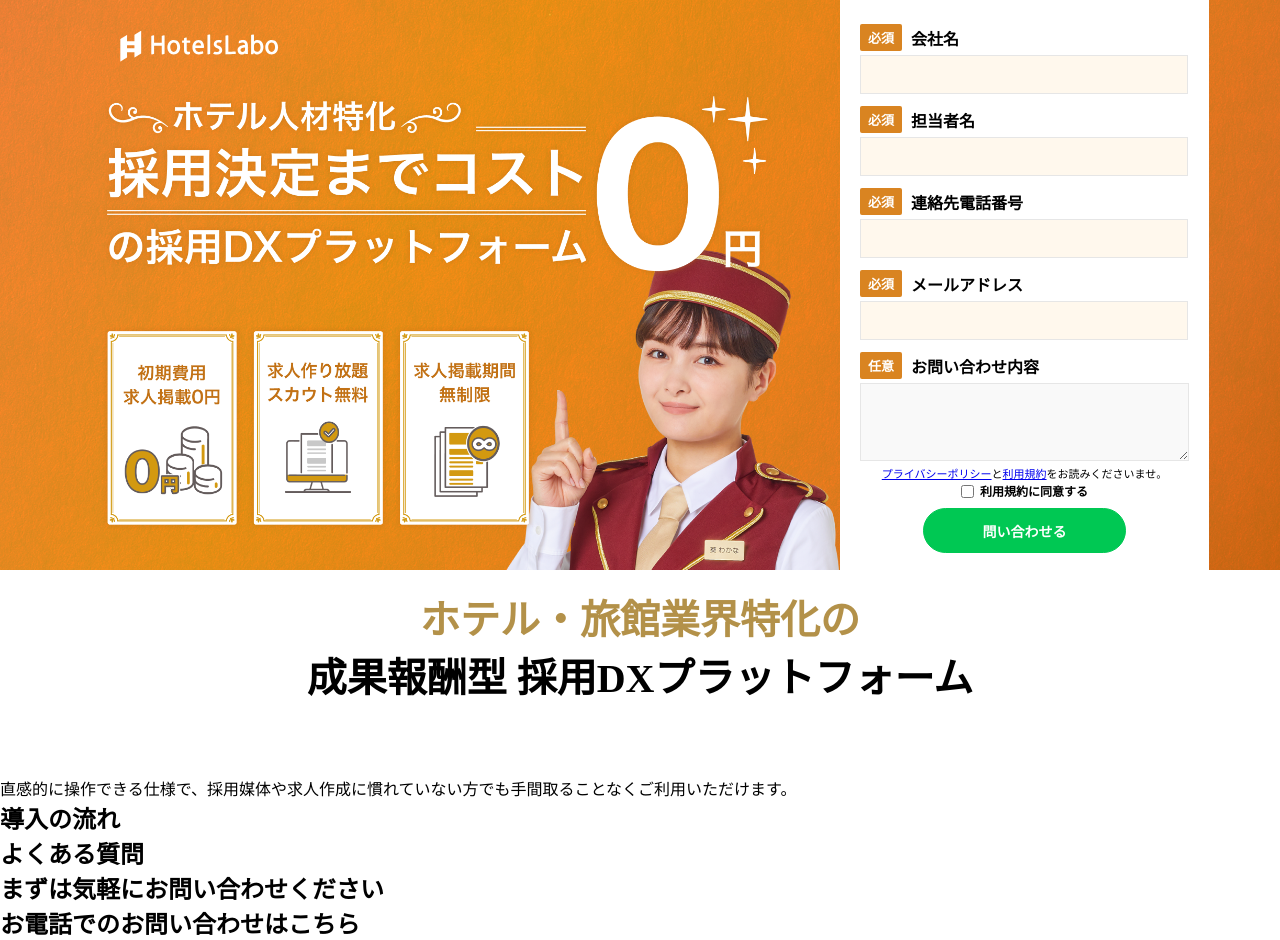
Repository: FujieRyou/to_b_lp
Page: index.html
These files come from the project's save history. The page is drawn as it stood at one moment and after the next save; the edit follows.
The browser window is 1280 px wide. The pictures show the whole page.

Above is the page before, as saved 2024-02-27 03:32:19.
Not found: index.js

### index.html
<!DOCTYPE html>
<html lang="ja">
    <head>
        <meta charset="utf-8">
        <meta http-equiv="X-UA-Compatible" content="ie=edge">
        <meta name="viewport" content="width=device-width,initial-scale=1.0,minimum-scale=1.0">
        <meta name="format-detection" content="telephone=no">
        <meta name="keywords" content="">
        <meta name="description" content="ここに説明文を設定">
        <meta name="twitter:card" content="summary">
        <meta name="twitter:site" content="@twitteraccount">
        <meta property="og:site_name" content="サイト名">
        <meta property="og:title" content="サイトタイトル">
        <meta property="og:description" content="サイト説明文">
        <meta property="og:url" content="https://www.hogehoge.com">
        <meta property="og:image" content="https://www.hogehoge.com./hoge.jpg">
        <meta property="og:image:type" content="image/jpeg">
        <meta property="og:image:width" content="600">
        <meta property="og:image:height" content="400">
        <meta property="og:type" content="website">
        <title>ホテルズラボ｜ホテルの求人・旅館の転職情報</title>
        <link rel="stylesheet" href="ress.css">
        <link rel="stylesheet" href="style.css">
    </head>
    <body>
        <main>
            <section>
                <div class="firstViewWrap">
                    <div class="firstViewEffect">
                        <div class="contentWrap">
                            <div>
                                <header>
                                    <h1>
                                        <img src="img/ロゴ.svg" alt="ホテルズラボのロゴ" class="logo">
                                    </h1>
                                </header>
                                <img src="img/firstViewの葵さんとその他売り文句.png" alt="firstViewの葵さんとその他売り文句" class="firstViewMainImg">
                            </div>
                            <!-- form -->
                            <div>
                                <form action="" class="formWrap">
                                    <div class="formFlexStyle">
                                        <label for="companyName"><span>必須</span>会社名</label>
                                        <input type="text">
                                    </div>
                                    <div class="formFlexStyle">
                                        <label for="companyName"><span>必須</span>担当者名</label>
                                        <input type="text">
                                    </div>
                                    <div class="formFlexStyle">
                                        <label for="companyName"><span>必須</span>連絡先電話番号</label>
                                        <input type="text">
                                    </div>
                                    <div class="formFlexStyle">
                                        <label for="companyName"><span>必須</span>メールアドレス</label>
                                        <input type="text">
                                    </div>
                                    <div class="formFlexStyle">
                                        <label for="companyName"><span>任意</span>お問い合わせ内容</label>
                                        <textarea name="" id="" cols="30" rows="10"></textarea>
                                    </div>
                                    <p><a href="#">プライバシーポリシー</a>と<a href="#">利用規約</a>をお読みくださいませ。</p>
                                    <div class="consent">
                                        <input type="checkbox">
                                        <label for="">利用規約に同意する</label>
                                    </div>
                                    <button type="submit">問い合わせる</button>
                                </form>
                            </div>
                        </div>
                    </div>
                </div>
            </section>
            <!-- 動く会社のロゴ -->
            <section>
                <div>
                    <ul>
                        <li></li>
                    </ul>
                </div>
            </section>
            <section>
                <div class="specializedIntroductionWrap">
                    <h2><span>ホテル・旅館業界特化の</span><br>成果報酬型 採用DXプラットフォーム</h2>
                    <div>
                        <div>
                            <img src="" alt="">
                            <img src="" alt="">
                            <img src="" alt="">
                        </div>
                    </div>
                </div>
            </section>
            <section>
                <div>
                    <p></p>
                    <h2><img src="" alt=""></h2>
                    <article></article>
                    <article></article>
                    <article></article>
                    <article></article>
                </div>
            </section>
            <section>
                <div>
                    <h2><img src="" alt=""></h2>
                    <p>直感的に操作できる仕様で、採用媒体や求人作成に慣れていない方でも手間取ることなくご利用いただけます。</p>
                </div>
            </section>
            <section>
                <div>
                    <h2>導入の流れ</h2>
                </div>
            </section>
            <section>
                <div>
                    <h2>よくある質問</h2>
                </div>
            </section>
            <section>
                <div>
                    <h2>まずは気軽にお問い合わせください</h2>
                </div>
            </section>
        </main>
        <footer>
            <h2>お電話でのお問い合わせはこちら</h2>
        </footer>
        <script src="index.js"></script>
    </body>
</html>

### ress.css
/*!
 * ress.css • v4.0.0
 * MIT License
 * github.com/filipelinhares/ress
 */

/* # =================================================================
   # Global selectors
   # ================================================================= */

   html {
    box-sizing: border-box;
    -webkit-text-size-adjust: 100%; /* Prevent adjustments of font size after orientation changes in iOS */
    word-break: normal;
    -moz-tab-size: 4;
    tab-size: 4;
  }

  *,
  ::before,
  ::after {
    background-repeat: no-repeat; /* Set `background-repeat: no-repeat` to all elements and pseudo elements */
    box-sizing: inherit;
  }

  ::before,
  ::after {
    text-decoration: inherit; /* Inherit text-decoration and vertical align to ::before and ::after pseudo elements */
    vertical-align: inherit;
  }

  * {
    padding: 0; /* Reset `padding` and `margin` of all elements */
    margin: 0;
  }

  /* # =================================================================
     # General elements
     # ================================================================= */

  hr {
    overflow: visible; /* Show the overflow in Edge and IE */
    height: 0; /* Add the correct box sizing in Firefox */
    color: inherit; /* Correct border color in Firefox. */
  }

  details,
  main {
    display: block; /* Render the `main` element consistently in IE. */
  }

  summary {
    display: list-item; /* Add the correct display in all browsers */
  }

  small {
    font-size: 80%; /* Set font-size to 80% in `small` elements */
  }

  [hidden] {
    display: none; /* Add the correct display in IE */
  }

  abbr[title] {
    border-bottom: none; /* Remove the bottom border in Chrome 57 */
    /* Add the correct text decoration in Chrome, Edge, IE, Opera, and Safari */
    text-decoration: underline;
    text-decoration: underline dotted;
  }

  a {
    background-color: transparent; /* Remove the gray background on active links in IE 10 */
  }

  a:active,
  a:hover {
    outline-width: 0; /* Remove the outline when hovering in all browsers */
  }

  code,
  kbd,
  pre,
  samp {
    font-family: monospace, monospace; /* Specify the font family of code elements */
  }

  pre {
    font-size: 1em; /* Correct the odd `em` font sizing in all browsers */
  }

  b,
  strong {
    font-weight: bolder; /* Add the correct font weight in Chrome, Edge, and Safari */
  }

  /* https://gist.github.com/unruthless/413930 */
  sub,
  sup {
    font-size: 75%;
    line-height: 0;
    position: relative;
    vertical-align: baseline;
  }

  sub {
    bottom: -0.25em;
  }

  sup {
    top: -0.5em;
  }

  table {
    border-color: inherit; /* Correct border color in all Chrome, Edge, and Safari. */
    text-indent: 0; /* Remove text indentation in Chrome, Edge, and Safari */
  }

  /* # =================================================================
     # Forms
     # ================================================================= */

  input {
    border-radius: 0;
  }

  /* Replace pointer cursor in disabled elements */
  [disabled] {
    cursor: default;
  }

  [type='number']::-webkit-inner-spin-button,
  [type='number']::-webkit-outer-spin-button {
    height: auto; /* Correct the cursor style of increment and decrement buttons in Chrome */
  }

  [type='search'] {
    -webkit-appearance: textfield; /* Correct the odd appearance in Chrome and Safari */
    outline-offset: -2px; /* Correct the outline style in Safari */
  }

  [type='search']::-webkit-search-decoration {
    -webkit-appearance: none; /* Remove the inner padding in Chrome and Safari on macOS */
  }

  textarea {
    overflow: auto; /* Internet Explorer 11+ */
    resize: vertical; /* Specify textarea resizability */
  }

  button,
  input,
  optgroup,
  select,
  textarea {
    font: inherit; /* Specify font inheritance of form elements */
  }

  optgroup {
    font-weight: bold; /* Restore the font weight unset by the previous rule */
  }

  button {
    overflow: visible; /* Address `overflow` set to `hidden` in IE 8/9/10/11 */
  }

  button,
  select {
    text-transform: none; /* Firefox 40+, Internet Explorer 11- */
  }

  /* Apply cursor pointer to button elements */
  button,
  [type='button'],
  [type='reset'],
  [type='submit'],
  [role='button'] {
    cursor: pointer;
    color: inherit;
  }

  /* Remove inner padding and border in Firefox 4+ */
  button::-moz-focus-inner,
  [type='button']::-moz-focus-inner,
  [type='reset']::-moz-focus-inner,
  [type='submit']::-moz-focus-inner {
    border-style: none;
    padding: 0;
  }

  /* Replace focus style removed in the border reset above */
  button:-moz-focusring,
  [type='button']::-moz-focus-inner,
  [type='reset']::-moz-focus-inner,
  [type='submit']::-moz-focus-inner {
    outline: 1px dotted ButtonText;
  }

  button,
  html [type='button'], /* Prevent a WebKit bug where (2) destroys native `audio` and `video`controls in Android 4 */
  [type='reset'],
  [type='submit'] {
    -webkit-appearance: button; /* Correct the inability to style clickable types in iOS */
  }

  /* Remove the default button styling in all browsers */
  button,
  input,
  select,
  textarea {
    background-color: transparent;
    border-style: none;
  }

  a:focus,
  button:focus,
  input:focus,
  select:focus,
  textarea:focus {
    outline-width: 0;
  }

  /* Style select like a standard input */
  select {
    -moz-appearance: none; /* Firefox 36+ */
    -webkit-appearance: none; /* Chrome 41+ */
  }

  select::-ms-expand {
    display: none; /* Internet Explorer 11+ */
  }

  select::-ms-value {
    color: currentColor; /* Internet Explorer 11+ */
  }

  legend {
    border: 0; /* Correct `color` not being inherited in IE 8/9/10/11 */
    color: inherit; /* Correct the color inheritance from `fieldset` elements in IE */
    display: table; /* Correct the text wrapping in Edge and IE */
    max-width: 100%; /* Correct the text wrapping in Edge and IE */
    white-space: normal; /* Correct the text wrapping in Edge and IE */
    max-width: 100%; /* Correct the text wrapping in Edge 18- and IE */
  }

  ::-webkit-file-upload-button {
    /* Correct the inability to style clickable types in iOS and Safari */
    -webkit-appearance: button;
    color: inherit;
    font: inherit; /* Change font properties to `inherit` in Chrome and Safari */
  }

  /* # =================================================================
     # Specify media element style
     # ================================================================= */

  img {
    border-style: none; /* Remove border when inside `a` element in IE 8/9/10 */
  }

  /* Add the correct vertical alignment in Chrome, Firefox, and Opera */
  progress {
    vertical-align: baseline;
  }

  /* # =================================================================
     # Accessibility
     # ================================================================= */

  /* Specify the progress cursor of updating elements */
  [aria-busy='true'] {
    cursor: progress;
  }

  /* Specify the pointer cursor of trigger elements */
  [aria-controls] {
    cursor: pointer;
  }

  /* Specify the unstyled cursor of disabled, not-editable, or otherwise inoperable elements */
  [aria-disabled='true'] {
    cursor: default;
  }

### style.css
.firstViewWrap{
    width: 100vw;
    height: 570px;
    background-image: url("./img/bgcMain.png");
}

.firstViewEffect{
    width: 100%;
    height: 100%;
    background-image: url("./img/bgcBler.png");
    overflow: hidden;
}

.contentWrap{
    max-width: 1080px;
    height: auto;
    margin: 0 auto;
    display: flex;
}

header{
    padding: 30px 0px 0px 20px;
}

.firstViewMainImg{
    width: 740px;
    margin-top: 20px;
}






/* formstyle */

form{
    width: 369px;
    padding: 24px 20px;
    background-color: rgba(255, 255, 255, 1);
}

.formFlexStyle{
    display: flex;
    flex-direction: column;
}

.formDetail{
    margin: 0 auto;
}

.formFlexStyle > label{
    font-size: 16px;
    font-weight: bold;
    margin-bottom: 4px;
    display: flex;
    align-items: center;
}

.formFlexStyle > label > span{
    background-color: rgba(217, 132, 33, 1);
    color: #fff;
    font-size: 13px;
    border-radius: 2px;
    margin-right: 9px;
    padding: 4px 8px;
}

.formFlexStyle > input{
    width: 328px;
    height: 39px;
    border: solid 1.03px rgba(230, 230, 230, 1);
    background-color: rgba(255, 248, 237, 1);
    margin-bottom: 12px;
}

.formFlexStyle > textarea{
    width: 328.65px;
    height: 78.05px;
    border: solid 1.03px rgba(230, 230, 230, 1);
    background-color: rgba(249, 249, 249, 1);
}

.formWrap > p{
    font-size: 11px;
    text-align: center;
    margin-top: 4px;
}

.consent{
    display: flex;
    align-items: center;
    justify-content: center;
    margin-top: 1px;
}

.consent > label{
    font-size: 12px;
    font-weight: bold;
    margin-left: 6px;
}

.formWrap > button{
    display: block;
    width: 203.35px;
    height: 45px;
    background-color: rgba(0, 200, 83, 1);
    border: solid 1px rgba(0, 200, 83, 1);
    color: #fff;
    border-radius: 30px;
    margin: 0 auto;
    font-size: 14px;
    margin-top: 8px;
    font-weight: bold;
}



.specializedIntroductionWrap > h2{
    text-align: center;
    font-size: 40px;
}

.specializedIntroductionWrap > h2 > span{
    color: rgba(179, 145, 73, 1);
}

After the next save:
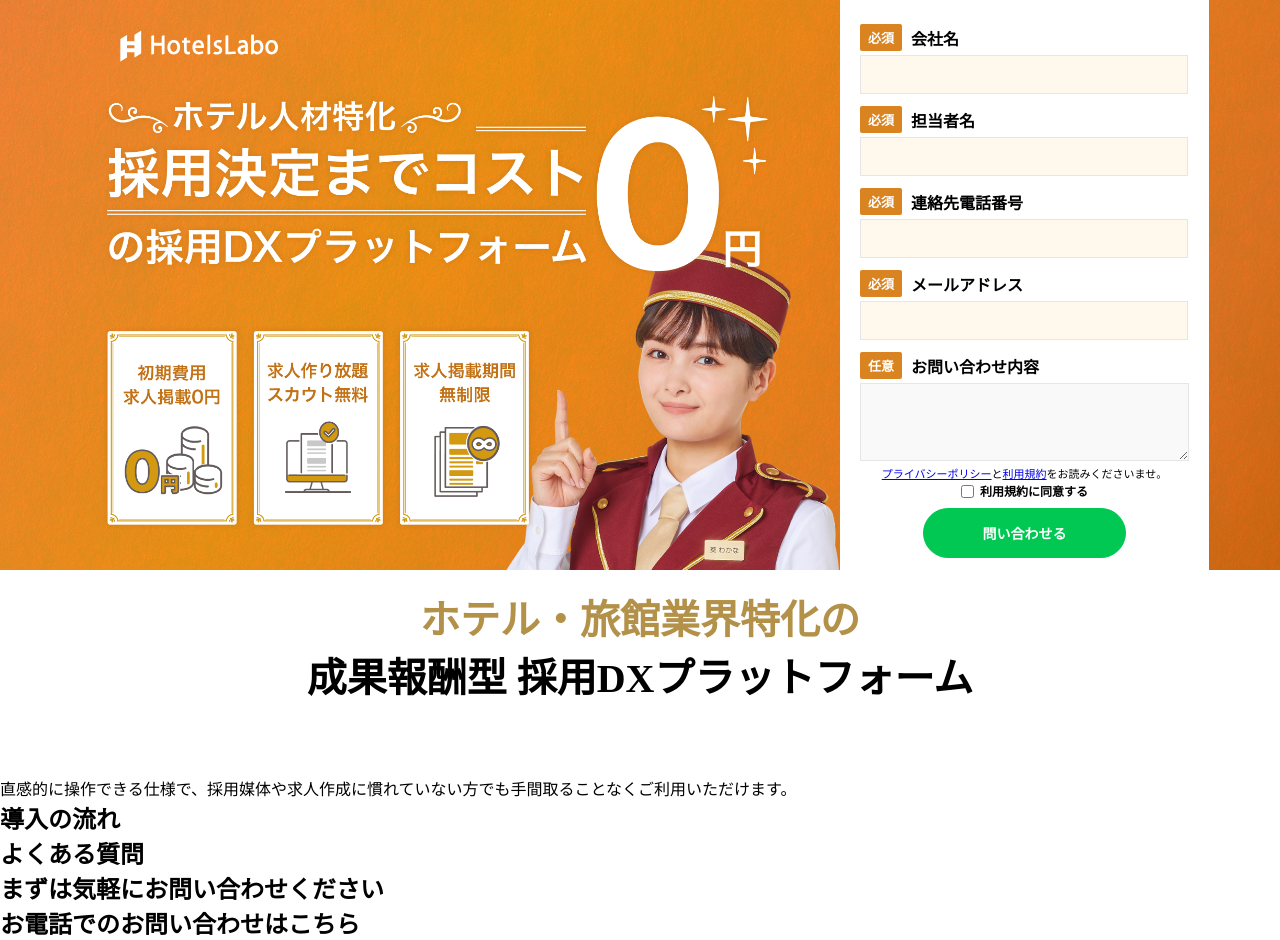
Saved 9 s later.
--- a/style.css
+++ b/style.css
@@ -103,7 +103,7 @@
 .formWrap > button{
     display: block;
     width: 203.35px;
-    height: 45px;
+    height: 50px;
     background-color: rgba(0, 200, 83, 1);
     border: solid 1px rgba(0, 200, 83, 1);
     color: #fff;
